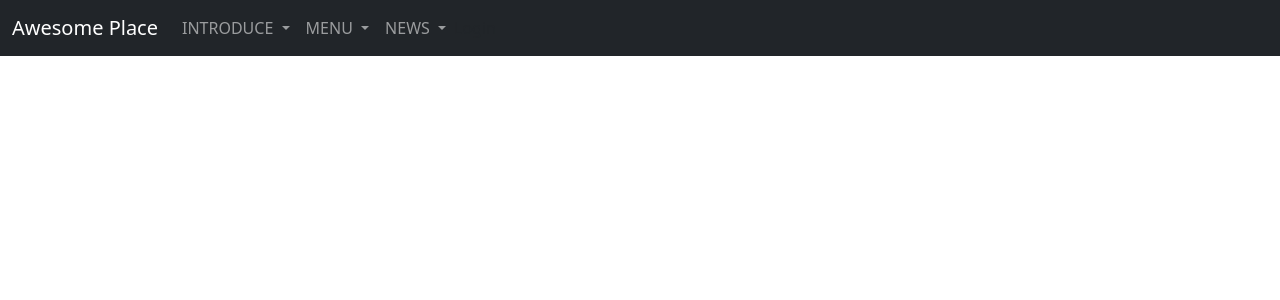
Repository: sikim0629/AwesomePlace
Page: http://localhost/awesomePlace/main.jsp
An editor plug-in stored every save of this project. The page is shown before and after the next save, followed by the edit.
The browser window is 1280 px wide. The pictures show the whole page.
The page is served by Tomcat 9. Nobody is signed in. The application's start-up code is not run. Other server files are loaded and not shown.

Above is the page before, as saved 2021-11-12 09:51:48.

### awesomePlace/WebContent/main.jsp
<%@ page language="java" contentType="text/html; charset=UTF-8"
    pageEncoding="UTF-8"%>
<!DOCTYPE html>
<html>
<head>
<meta charset="UTF-8">
<title>Insert title here</title>
</head>
<body>
<%@ include file = "/header.jsp" %>



<%@ include file = "/footer.jsp" %>

</body>
</html>

### awesomePlace/WebContent/header.jsp
<%@ page language="java" contentType="text/html; charset=UTF-8"
    pageEncoding="UTF-8"%>
<!doctype html>
<html lang="en">
  <head>
    <!-- Required meta tags -->
    <meta charset="utf-8">
    <meta name="viewport" content="width=device-width, initial-scale=1">

    <!-- Bootstrap CSS -->
    <link href="https://cdn.jsdelivr.net/npm/bootstrap@5.1.3/dist/css/bootstrap.min.css" rel="stylesheet" integrity="sha384-1BmE4kWBq78iYhFldvKuhfTAU6auU8tT94WrHftjDbrCEXSU1oBoqyl2QvZ6jIW3" crossorigin="anonymous">

    <title>어썸플레이스</title>
  </head>
  <body>
	<nav class="navbar navbar-expand-lg navbar-dark bg-dark">
  		<div class="container-fluid">
    		<a class="navbar-brand" href="/index.html">Awesome Place</a>
    		<button class="navbar-toggler" type="button" data-bs-toggle="collapse" data-bs-target="#navbarNavDropdown" aria-controls="navbarNavDropdown" aria-expanded="false" aria-label="Toggle navigation">
      			<span class="navbar-toggler-icon"></span>
    		</button>
	    <div class="collapse navbar-collapse" id="navbarNavDropdown">
	      <ul class="navbar-nav">
	        <li class="nav-item dropdown">
	          <a class="nav-link dropdown-toggle" href="#" id="navbarDropdownMenuLink" role="button" data-bs-toggle="dropdown" aria-expanded="false">
	            INTRODUCE
	          </a>
	          <ul class="dropdown-menu" aria-labelledby="navbarDropdownMenuLink">
	            <li><a class="dropdown-item" href="#">카페소개</a></li>
	            <li><a class="dropdown-item" href="#">매장찾기</a></li>
	          </ul>
	        </li>
	        <li class="nav-item dropdown">
	          <a class="nav-link dropdown-toggle" href="#" id="navbarDropdownMenuLink" role="button" data-bs-toggle="dropdown" aria-expanded="false">
	            MENU
	          </a>
	          <ul class="dropdown-menu" aria-labelledby="navbarDropdownMenuLink">
	            <li><a class="dropdown-item" href="#">COFFEE</a></li>
	            <li><a class="dropdown-item" href="#">TEA</a></li>
	            <li><a class="dropdown-item" href="#">JUICE</a></li>
	          </ul>
	        </li>
	        <li class="nav-item dropdown">
	          <a class="nav-link dropdown-toggle" href="#" id="navbarDropdownMenuLink" role="button" data-bs-toggle="dropdown" aria-expanded="false">
	            NEWS
	          </a>
	          <ul class="dropdown-menu" aria-labelledby="navbarDropdownMenuLink">
	            <li><a class="dropdown-item" href="#">공지사항</a></li>
	            <li><a class="dropdown-item" href="#">이달의 이벤트</a></li>
	            <li><a class="dropdown-item" href="#">이달의 메뉴</a></li>
	          </ul>
	        </li>
	      </ul>
	       <span class="navbar-button">
        Login
    	  </span>
	    </div>
	  </div>
</nav>

    <script src="https://cdn.jsdelivr.net/npm/bootstrap@5.1.3/dist/js/bootstrap.bundle.min.js" integrity="sha384-ka7Sk0Gln4gmtz2MlQnikT1wXgYsOg+OMhuP+IlRH9sENBO0LRn5q+8nbTov4+1p" crossorigin="anonymous"></script>

  </body>
</html>

Loaded but not shown: awesomePlace/WebContent/footer.jsp (common file)

After the next save:
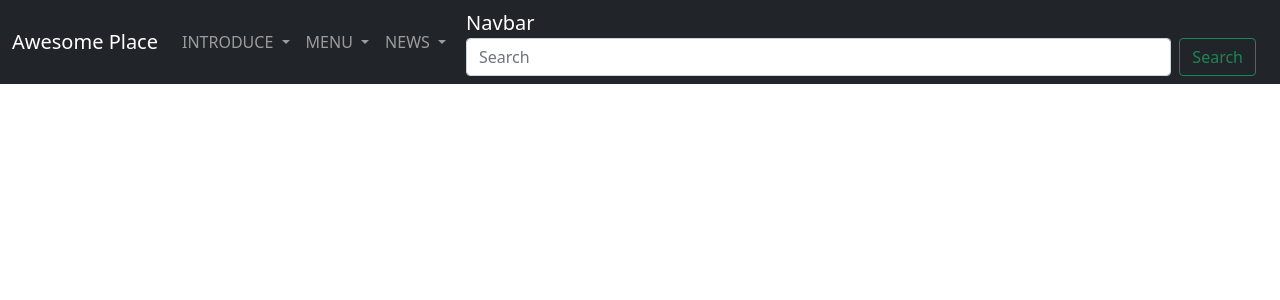
Saved 40 s later.
--- a/awesomePlace/WebContent/header.jsp
+++ b/awesomePlace/WebContent/header.jsp
@@ -51,9 +51,13 @@
 	          </ul>
 	        </li>
 	      </ul>
-	       <span class="navbar-button">
-        Login
-    	  </span>
+	        <div class="container-fluid">
+		    	<a class="navbar-brand">Navbar</a>
+		    	<form class="d-flex">
+		      		<input class="form-control me-2" type="search" placeholder="Search" aria-label="Search">
+		      		<button class="btn btn-outline-success" type="submit">Search</button>
+		    	</form>
+		  </div>
 	    </div>
 	  </div>
 </nav>
